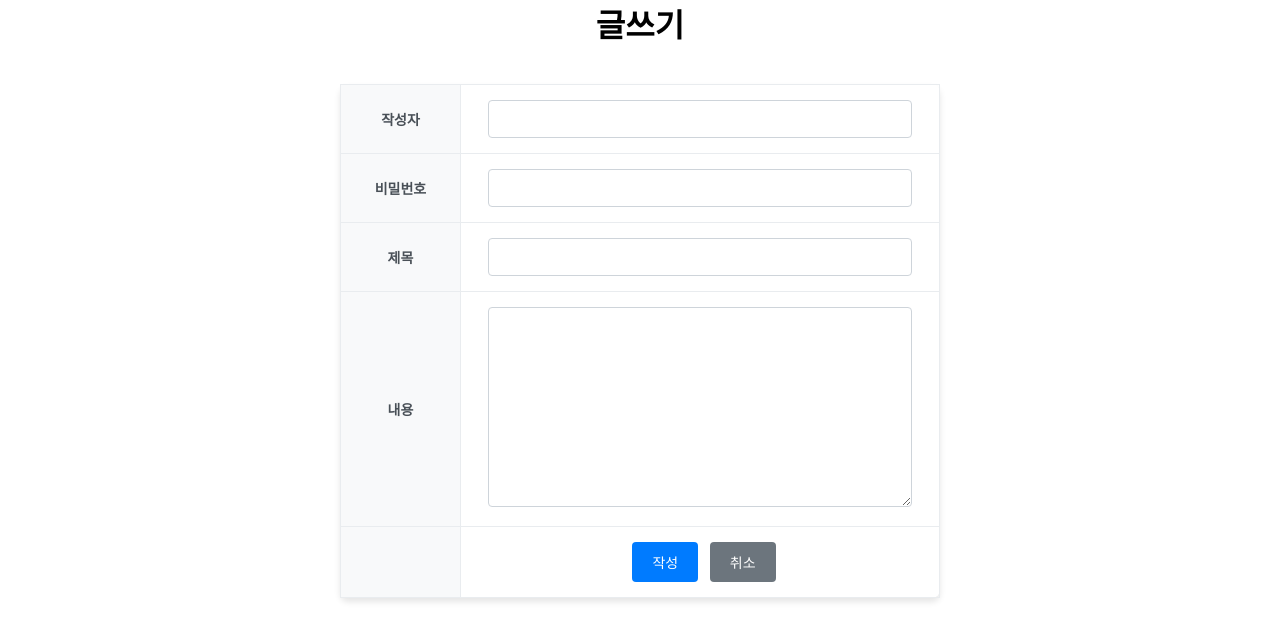
Repository: 1plus1equals3-true/Board-temp
Page: http://localhost/jsp/board/write.jsp
The author's editor kept a copy of each file at every save. The page is drawn from the files as they stood at one save, then again after the next save.
The browser window is 1280 px wide. The pictures show the whole page.
The page is served by Tomcat 9.

Above is the page before, as saved 2025-09-10 01:20:55.

After the next save:
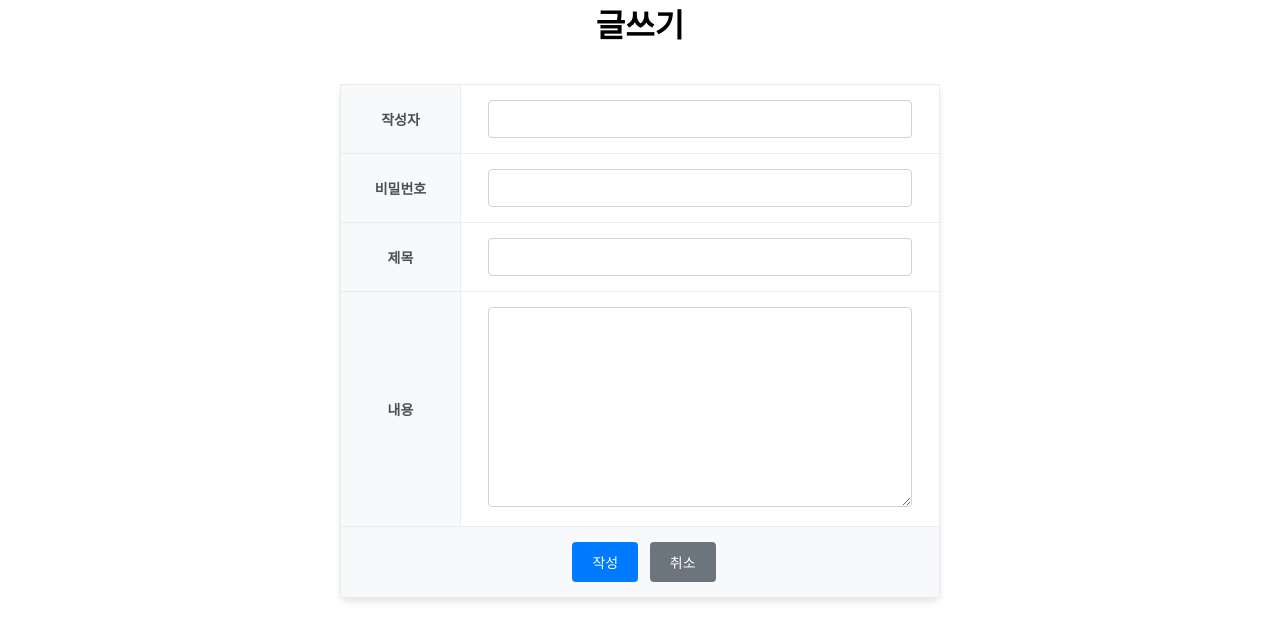
Saved 34 s later.
--- a/jsp/src/main/webapp/board/write.jsp
+++ b/jsp/src/main/webapp/board/write.jsp
@@ -117,8 +117,7 @@
 			</td>
 		</tr>
 		<tr>
-			<td></td>
-			<td>
+			<td colspan="2">
 				<input type="submit" value="작성">
 				<a href="list.jsp"><button type="button" class="btn-cancel">취소</button></a>
 			</td>
